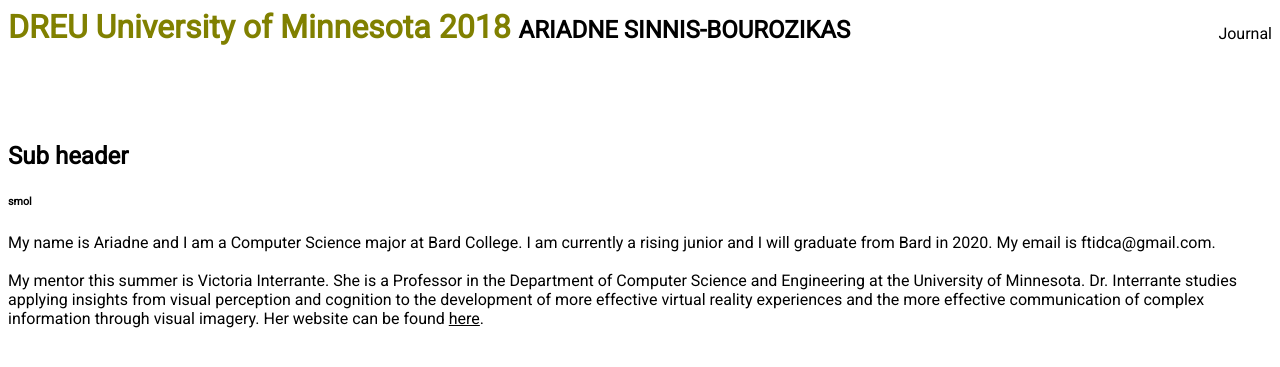
Repository: ariadnesb/dreu2018
Page: index.html
The author's editor kept a record of every edit. The page is drawn from the files as they stood at one moment, then again after the next edit.
The browser window is 1280 px wide. The pictures show the whole page.

Above is the page before.

After the next edit:
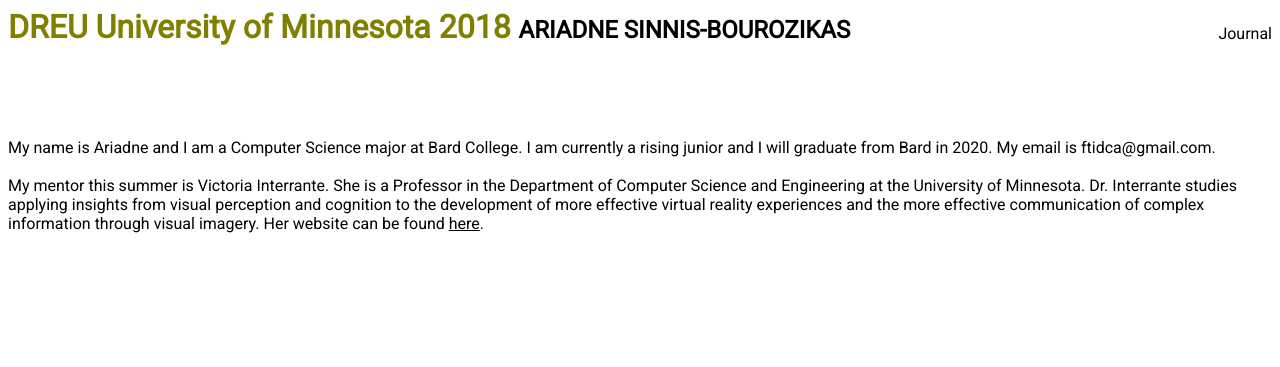
The edit:
--- a/index.html
+++ b/index.html
@@ -22,8 +22,6 @@
         <br><br>
 
 
-        <h2>Sub header</h2>
-        <h6>smol</h6>
 
         <p>
         My name is Ariadne and I am a Computer Science major at Bard College. I am currently
